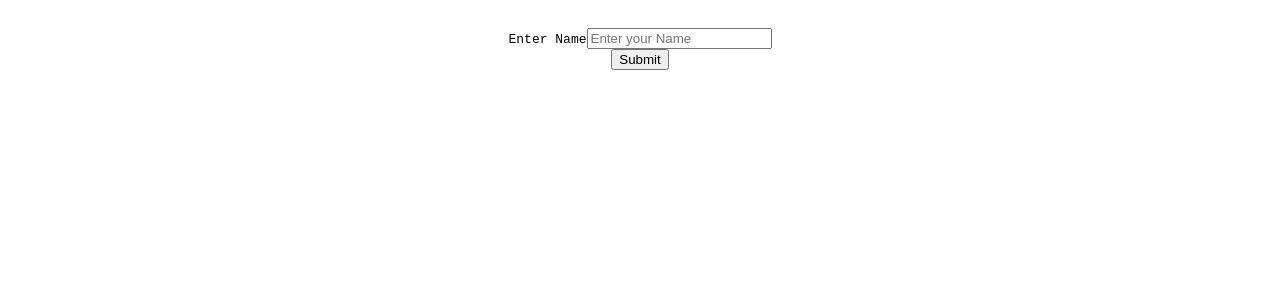
Repository: NarenD12/ProgramsFromTraining
Page: BankApp/WebContent/NewAccount.html
An editor plug-in stored every save of this project. The page is shown before and after the next save, followed by the edit.
The browser window is 1280 px wide. The pictures show the whole page.

Above is the page before, as saved 2023-09-22 15:54:14.

After the next save:
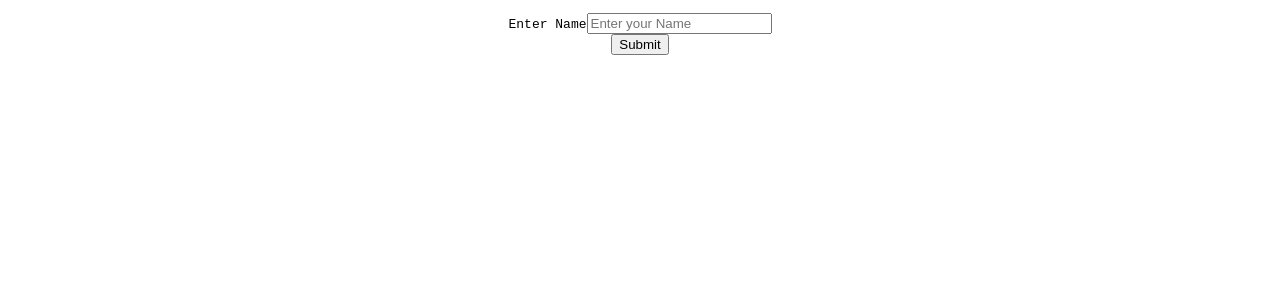
Saved 31 s later.
--- a/BankApp/WebContent/NewAccount.html
+++ b/BankApp/WebContent/NewAccount.html
@@ -1,16 +1,17 @@
 <!DOCTYPE html>
 <html>
 <head>
+<style>
+body {text-align: center;}
+</style>
 <meta charset="ISO-8859-1">
 <title>Insert title here</title>
 </head>
 <body>
 <form action="CreateAccount" method="post">
 <pre>
-<center>
 Enter Name<input type="text" name="name" placeholder="Enter your Name">
 <input type="submit">
-</center>
 </pre>
 </form>
 </body>
